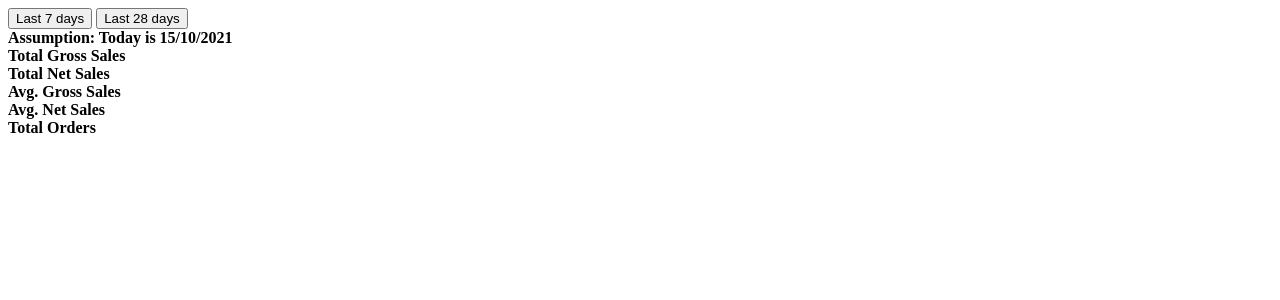
Repository: quockhuongtrann/Ecommerce-Website-With-Spring-Framework
Page: http://localhost/reports/sales_report_by_date
The author's editor kept a copy of each file at every save. The page is drawn from the files as they stood at one save, then again after the next save.
The browser window is 1280 px wide. The pictures show the whole page.
The page is this project's Thymeleaf template; nobody is signed in. The template is opened directly, without the code that normally fills it, so the values that code supplies are empty.

Above is the page before, as saved 2023-01-18 11:41:24.

After the next save:
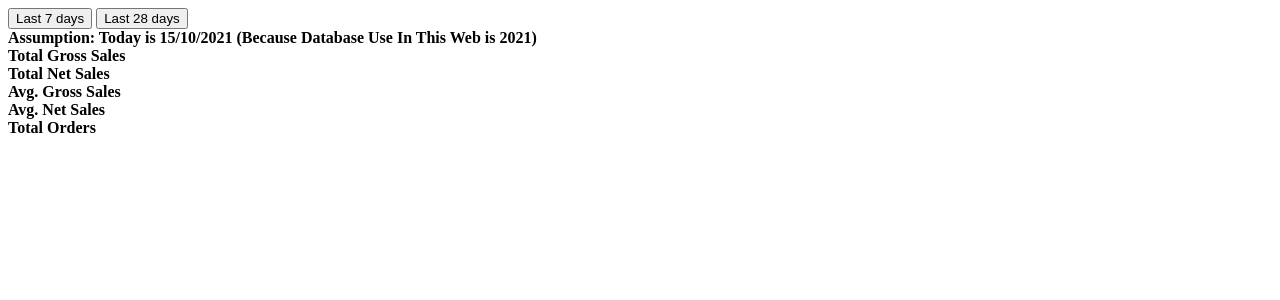
Saved 42 s later.
--- a/ShopTqkProject/ShopTqkWebParent/ShopTqkBackend/src/main/resources/templates/reports/sales_report_by_date.html
+++ b/ShopTqkProject/ShopTqkWebParent/ShopTqkBackend/src/main/resources/templates/reports/sales_report_by_date.html
@@ -5,7 +5,7 @@
 	<div>
 		<button period="last_7_days" class="btn btn-primary button-sales-by-date m-1">Last 7 days</button>
 		<button period="last_28_days" class="btn btn-light button-sales-by-date m-1">Last 28 days</button>
-		<div><b>Assumption: Today is 15/10/2021</b></div>
+		<div><b>Assumption: Today is 15/10/2021 (Because Database Use In This Web is 2021)</b></div>
 	</div>
 
 	<div id="chart_sales_by_date" class="justify-content-center mt-3">
